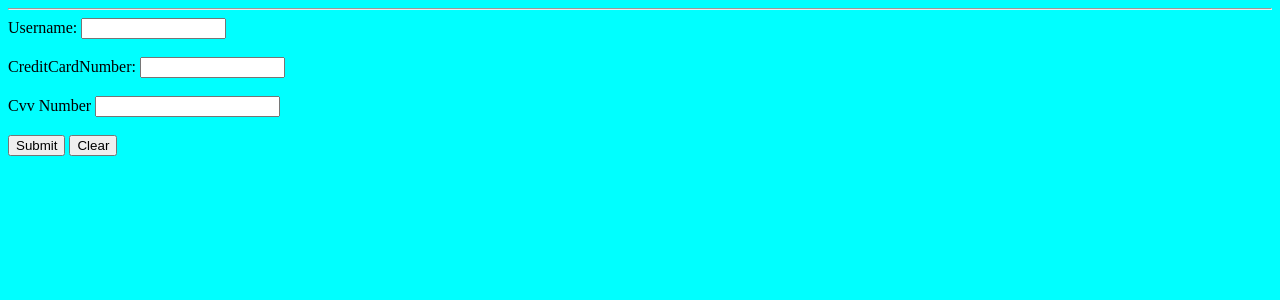
Repository: laikrish/day10
Page: CreditCard/WebContent/creditcard.html
The author's editor kept a copy of each file at every save. The page is drawn from the files as they stood at one save, then again after the next save.
The browser window is 1280 px wide. The pictures show the whole page.

Above is the page before, as saved 2018-09-06 12:24:07.

### CreditCard/WebContent/creditcard.html
<!DOCTYPE html>
<html>
<head>
<meta charset="ISO-8859-1">
<title>Credit Card Details</title>
</head>
<body bgcolor="cyan">
<hr>
<form action="credit" method="post">
<label> Username: </label>
<input type ="text" name="username" size="15"/>
<br><br>
<label> CreditCardNumber: </label>
<input type ="text" name="creditcardnumber" size="15"/>
<br><br>
<label>Cvv Number </label>
<input type ="text" name="cvvnumber" min="3" max="4"/>
<br><br>
<input type="submit"/>
<input type="reset" value="Clear"/>
<br><br>
</form>
</body>
</html>

After the next save:
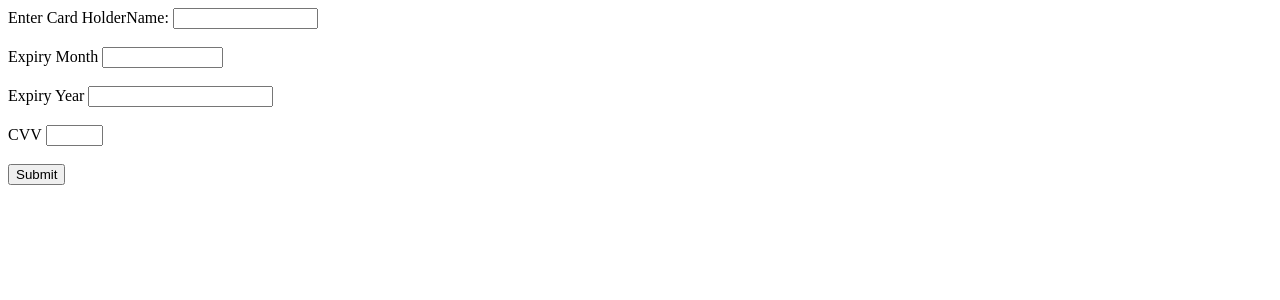
Saved 32 s later.
--- a/CreditCard/WebContent/creditcard.html
+++ b/CreditCard/WebContent/creditcard.html
@@ -2,23 +2,26 @@
 <html>
 <head>
 <meta charset="ISO-8859-1">
-<title>Credit Card Details</title>
+<title>Credit Card Details </title>
 </head>
-<body bgcolor="cyan">
-<hr>
-<form action="credit" method="post">
-<label> Username: </label>
-<input type ="text" name="username" size="15"/>
+<body>
+<form action = "creditcard" method="post">
+<label>Enter Card HolderName:</label>
+<input type = "text" name="CardHolderName" size="15"/>
 <br><br>
-<label> CreditCardNumber: </label>
-<input type ="text" name="creditcardnumber" size="15"/>
-<br><br>
-<label>Cvv Number </label>
-<input type ="text" name="cvvnumber" min="3" max="4"/>
-<br><br>
-<input type="submit"/>
-<input type="reset" value="Clear"/>
-<br><br>
-</form>
+<label>Expiry Month</label>
+ <input type="text" name="ExpiryMonth" size="12"/>
+ <br><br>
+ <label>Expiry Year</label>
+ <input type="text" name="ExpiryYear" size="20"/>
+ <br><br>
+ <label>CVV</label>
+ <input type="text" name="CVV" size="4"/>
+ <br><br>
+ <input type="Submit" name="Enter"/>
+ <br><br>
+ </form>
+
+
 </body>
 </html>
